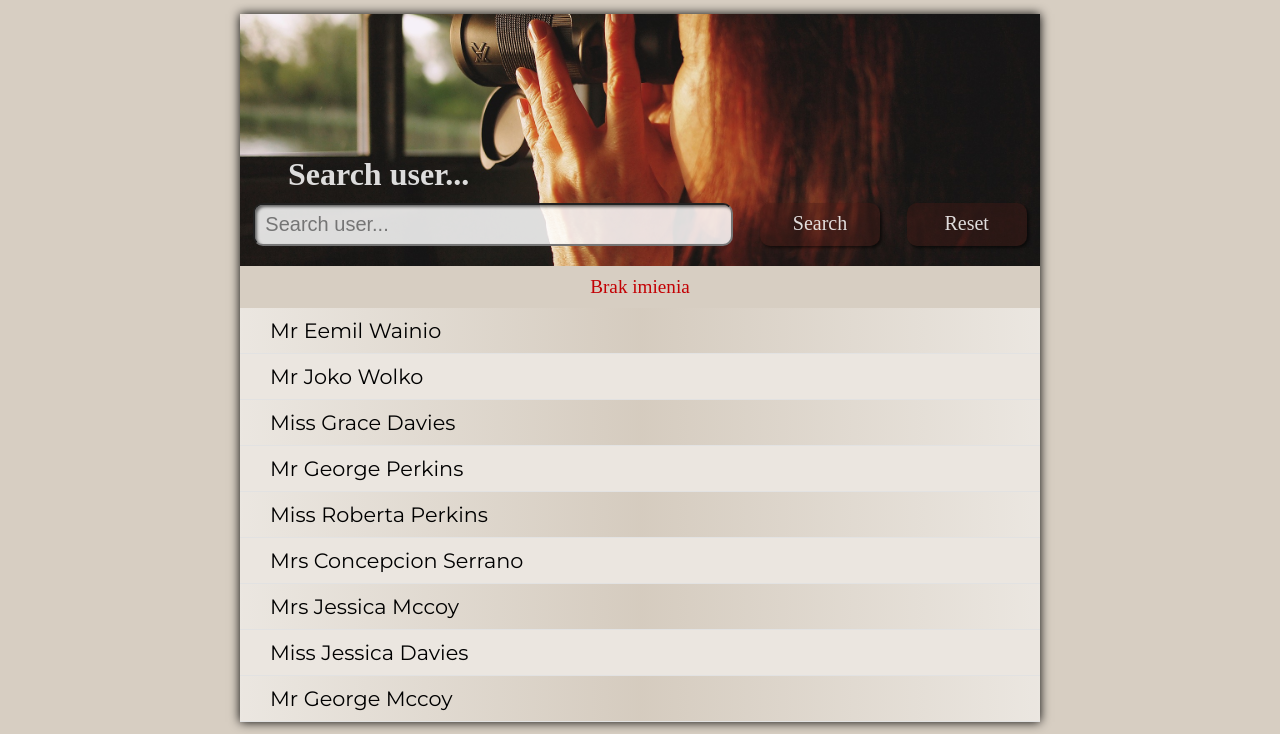
Repository: KrzysKolo/sr_tydzien5_zad4
Page: /, after clicking the first element matching `div.header__search-btn`
The author's editor kept a copy of each file at every save. The page is drawn from the files as they stood at one save, then again after the next save.
The browser window is 1280 px wide. The pictures show the whole page.
Some web fonts or font styles are not loaded; a fallback is used. The project was rebuilt for these pictures with package versions that can differ from the ones it lists, and the page was loaded fresh each time.

Above is the page before, as saved 2021-01-07 04:01:00.

### public/index.html
<!DOCTYPE html>
<html lang="en">
  <head>
    <meta charset="utf-8" />
    <link rel="icon" href="%PUBLIC_URL%/favicon.ico" />
    <meta name="viewport" content="width=device-width, initial-scale=1" />
    <meta name="theme-color" content="#000000" />
    <meta
      name="description"
      content="Web site created using create-react-app"
    />
    <link rel="apple-touch-icon" href="%PUBLIC_URL%/logo192.png" />
    <!--
      manifest.json provides metadata used when your web app is installed on a
      user's mobile device or desktop. See https://developers.google.com/web/fundamentals/web-app-manifest/
    -->
    <link rel="manifest" href="%PUBLIC_URL%/manifest.json" />
    <!--
      Notice the use of %PUBLIC_URL% in the tags above.
      It will be replaced with the URL of the `public` folder during the build.
      Only files inside the `public` folder can be referenced from the HTML.

      Unlike "/favicon.ico" or "favicon.ico", "%PUBLIC_URL%/favicon.ico" will
      work correctly both with client-side routing and a non-root public URL.
      Learn how to configure a non-root public URL by running `npm run build`.
    -->
    <link rel="preconnect" href="https://fonts.gstatic.com">
<link href="https://fonts.googleapis.com/css2?family=Finger+Paint&family=Montserrat&family=Over+the+Rainbow&family=Peralta&display=swap" rel="stylesheet">
    <title>User search</title>
  </head>
  <body>
    <noscript>You need to enable JavaScript to run this app.</noscript>
    <div id="root"></div>
    <!--
      This HTML file is a template.
      If you open it directly in the browser, you will see an empty page.

      You can add webfonts, meta tags, or analytics to this file.
      The build step will place the bundled scripts into the <body> tag.

      To begin the development, run `npm start` or `yarn start`.
      To create a production bundle, use `npm run build` or `yarn build`.
    -->
  </body>
</html>

### src/App.js
import React from 'react';
import UsersContainer from './components/UsersContainer';
import UserContextProvider from './contexts/UserContext';
import './App.css';


const App = () => {

  return (
    <UserContextProvider>
      <UsersContainer/>
    </UserContextProvider>
  )
}

export default App;

### src/components/UsersContainer.js
import React, { useContext, useState } from 'react';
import { UserContext } from './../contexts/UserContext';
import UserList from './userComponents/UserList';
import Header from './userContainerComponents/Header';
import Error from './userContainerComponents/Error';

const UsersContainer = () => {
  const { isErr } = useContext(UserContext);
  return (
    <section>
      <Header />
      { isErr && <Error props={isErr}/>}
      <UserList />

    </section>
  /*   <section>
			<Header/>
        { loading ? <Loading/> : <UserList users={users}/>}
        { isErr && <Error isErr={setIsErr}/> }
          <Footer />
        </section> */
  )

}

export default UsersContainer;

### src/contexts/UserContext.js
import React, { createContext, useState, useEffect } from 'react';

export const UserContext = createContext();

const UserContextProvider = (props) => {

  const UsersAPI = 'l/users.json';
	const [users, setUsers ] = useState([]);
	const [isLoading, setIsLoading] = useState(true);
	const [isErr, setIsErr] = useState(false);


	useEffect(() => {
    getUsers();
  }, []);

  const getUsers = () => {
    let timer = setTimeout(() => {
      fetch(UsersAPI)
      .then(res => {
        if (res.ok) {
        return res;
        }
        throw Error(res.status);
        })
      .then(res => res.json())
      .then(data => {
        console.log(data.users);
        setUsers(data.users);
        setIsLoading(false);
        clearTimeout(timer);
      })
      .catch(error => setIsErr(`The problem is with: ${error}`));
    }, 500);
	};
	return (
		<UserContext.Provider value= {{users, isLoading, setIsErr, isErr}} >
			{ props.children }
		</UserContext.Provider>
	)

}
export default UserContextProvider;

### src/App.css
* {
  box-sizing: border-box;
  padding: 0;
  margin: 0;
}
body {
  height: 100vh;
  width: 100vw;
  background-color: rgba(206, 194, 179, 0.8);
}
section {
  margin: 2vh auto;
  width: 70%;
  max-width: 800px;
  display: flex;
  flex-direction: column;
  box-shadow: 0 0 10px #000;
}
.header__section {
  height: 35vh;
  background-image: url("./images/girl.jpg");
  background-position: center;
  background-size: cover;
  display: flex;
  flex-direction: column;
  justify-content: flex-end;
}
.header__title {
  font-size: 2rem;
  font-family: "Peralta", cursive;
  margin: 0 auto 10px 3rem;
  color: rgba(255, 255, 255, 0.85);
}
.header__search-wrapper {
  width: 100%;
  margin-bottom: 20px;
  display: flex;
  justify-content: space-around;
}
.header__search {
  padding: 8px 10px;
  width: 60%;
  border-radius: 10px;
  background-color: rgba(255, 255, 255, 0.85);
  box-shadow: inset 2px 2px 3px 0px rgba(0, 0, 0, 0.55);
  font-size: 20px;
}
.header__search-btn {
  background: rgba(71, 26, 20, 0.4);
  color: rgba(255, 255, 255, 0.85);
  width: 15%;
  border-radius: 10px;
  box-shadow: 2px 2px 3px 0px rgba(0, 0, 0, 0.55);
  font-size: 20px;
  text-align: center;
  line-height: 40px;
  transition: 0.2s all ease;
  cursor: pointer;
}
.header__search-btn:hover {
  background: rgba(65, 28, 24, 1);
}
.user {
  font-size: 1.3rem;
  font-family: "Montserrat", sans-serif;
  padding: 10px 30px;
  list-style: none;
  border-bottom: 1px solid rgb(226, 226, 226);
  background-color: rgba(255, 255, 255, 0.5);
}
.user:nth-child(odd) {
  background: linear-gradient(
    90deg,
    rgba(255, 255, 255, 0.5) 0%,
    rgba(206, 194, 179, 0.2) 50%,
    rgba(255, 255, 255, 0.5) 100%
  );
}
.footer__wrapper {
  background-color: rgb(36, 31, 27);
  color: white;
  font-size: 1.1rem;
  padding: 10px 30px;
  width: 100%;
  height: 7vh;
  display: flex;
  align-items: center;
}
.error {
  color: rgb(195, 1, 4);
  padding: 10px;
  text-align: center;
  font-size: 1.2rem;
}

### src/components/userComponents/UserList.js
import React, { useContext } from 'react';
import { UserContext } from './../../contexts/UserContext';
import UserDetails from './UserDetails';
import Loading from './../userContainerComponents/Loading';

const UserList = () => {
  const { users, isLoading } = useContext(UserContext);
  const user = users.map(user => {
        return <UserDetails key={user.id} user={user} />
    })
  return isLoading ? <Loading /> :(
    <ul>
      {user}
    </ul>
  )
}

export default UserList;

### src/components/userContainerComponents/Header.js
import React, { useContext } from 'react';
import { UserFormSearch } from './../searchComponents/';
import Error from './Error';
import { UserContext} from './../../contexts/UserContext';

const Header = () => {
  const {isErr} = useContext(UserContext);
   return (
    <div className="header__section">
      <h1 className="header__title">Search user...</h1>
      <UserFormSearch />

    </div>
    )
}

export default Header;

### src/components/userContainerComponents/Error.js
import React from 'react';
const Error = ({ props }) => {
    return (
            <p className="error">{props}</p>
     );
}

export default Error;

### src/components/userComponents/UserDetails.js
import React from 'react';

const UserDetails = ({ user }) => {
  return (
		<li className="user">
			{user.title} {user.firstname} {user.lastname}
    </li>
    )
}

export default UserDetails;

### src/components/userContainerComponents/Loading.js
import React from 'react';
import spinner from './../../images/spinner.gif'
const Loading = () => {
    return (
        <img src={spinner} style={{width: 200, margin: 'auto', display: 'block'}} alt="Loading"/>
     );
}

export default Loading;

### src/components/searchComponents/index.js
export { default as UserFormSearch } from './UserFormSearch';

### src/components/searchComponents/UserFormSearch.js
import React, {useContext, useState} from 'react';
import { UserContext } from './../../contexts/UserContext';
import { Button, Input } from './../formComponents/';
import Error from './../userContainerComponents/Error';

const UserFormSearch = () => {
	const { setIsErr, isErr} = useContext(UserContext);
	const [searchValue, setSearchValue] = useState("");
	const handleChange = (e) => {
		const value = e.target.value.toLowerCase();
		setSearchValue(value);
		console.log(value);
		};

	const handleSubmit = (e) => {
		e.preventDefault();
		if (searchValue === "") {
			setIsErr("Brak imienia")
		} else { setIsErr(''); console.log(`send ${searchValue}`)};
	};

	const handleReset = () => {
		/* resetUsers(); */
		console.log("reset");
		setSearchValue('');
		setIsErr('');

	}
  return (
	<>
	<form className="header__search-wrapper" onSubmit={handleSubmit}>
      <Input type="text" value={searchValue} onChange={handleChange} require  />
      <Button values="Search" onClick={handleSubmit} />
      <Button values="Reset" onClick={handleReset} />
    </form>

	</>
    )
}

export default UserFormSearch;

### src/components/formComponents/index.js
export { default as Button} from './Button';
export { default as Input } from './Input';

### src/components/formComponents/Button.js
import React from 'react';

const Button = ({ values, onClick }) => {
    return (
        <div className="header__search-btn" onClick={onClick}>
            {values}
        </div>
    )
}

export default Button;

### src/components/formComponents/Input.js
import React from 'react';

const Input = ({ type, searchValue, onChange }) => {
    return (
        <>
          <input className="header__search" type={type} value={searchValue} onChange={onChange} placeholder="Search user..." />
        </>
    )
}

export default Input;

### public/users.json
{
    "users": [
      {
        "id": 1,
        "title": "Mr",
        "firstname": "Eemil",
        "lastname": "Wainio"
       },
      {
        "id": 2,
        "title": "Mr",
        "firstname": "Joko",
        "lastname": "Wolko"
      },
      {
        "id": 3,
        "title": "Miss",
        "firstname": "Grace",
        "lastname": "Davies"
      },
      {
        "id": 4,
        "title": "Mr ",
        "firstname": "George ",
        "lastname": "Perkins"
      },
      {
        "id": 5,
        "title": "Miss",
        "firstname": "Roberta ",
        "lastname": "Perkins"
      },
      {
        "id": 6,
        "title": "Mrs ",
        "firstname": "Concepcion ",
        "lastname": "Serrano"
      },
      {
        "id": 7,
        "title": "Mrs ",
        "firstname": "Jessica ",
        "lastname": "Mccoy"
      },
      {
        "id": 8,
        "title": "Miss",
        "firstname": "Jessica",
        "lastname": "Davies"
      },
      {
        "id": 9,
        "title": "Mr",
        "firstname": "George",
        "lastname": "Mccoy"
      }
    ]
  }

Loaded but not shown: src/index.js (common file)

After the next save:
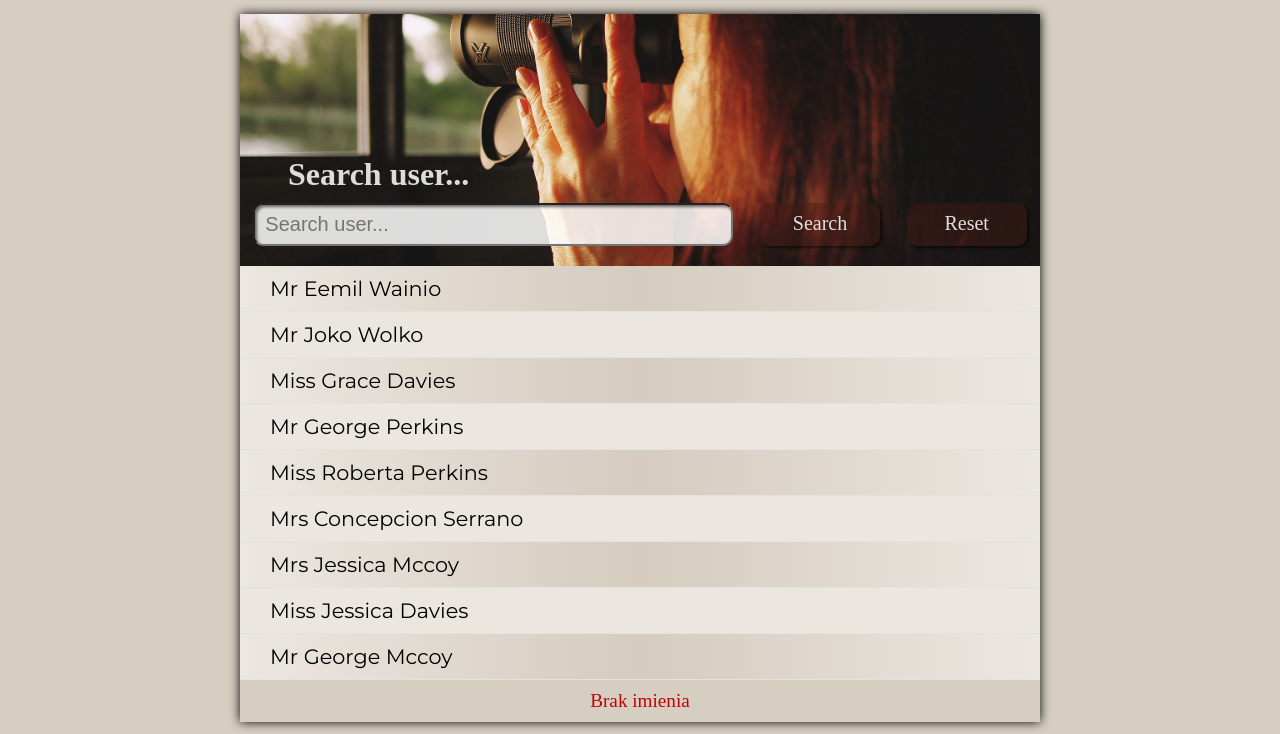
Saved 12 s later.
--- a/src/components/UsersContainer.js
+++ b/src/components/UsersContainer.js
@@ -9,8 +9,8 @@ const UsersContainer = () => {
   return (
     <section>
       <Header />
+      <UserList />
       { isErr && <Error props={isErr}/>}
-      <UserList />
 
     </section>
   /*   <section>
